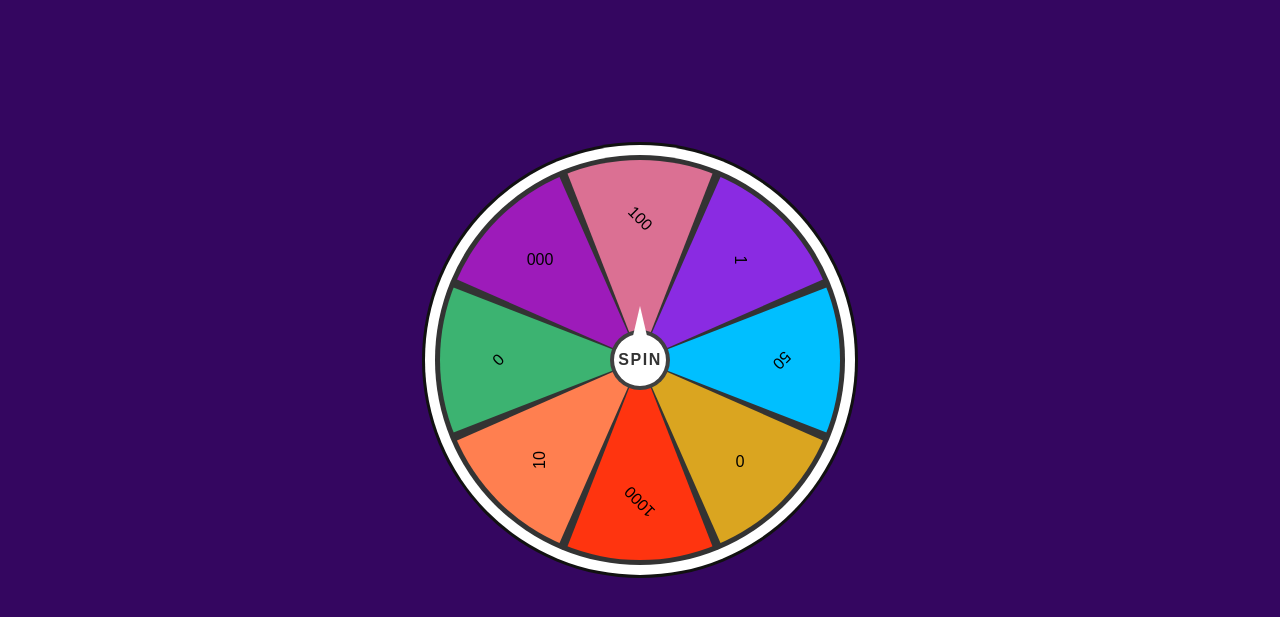
Repository: Jacques-Jaki-Morkel/FundedMarketplace_WheelofFortune
Page: index.html
An editor plug-in stored every save of this project. The page is shown before and after the next save, followed by the edit.
The browser window is 1280 px wide. The pictures show the whole page.

Above is the page before, as saved 2025-08-12 13:06:17.

After the next save:
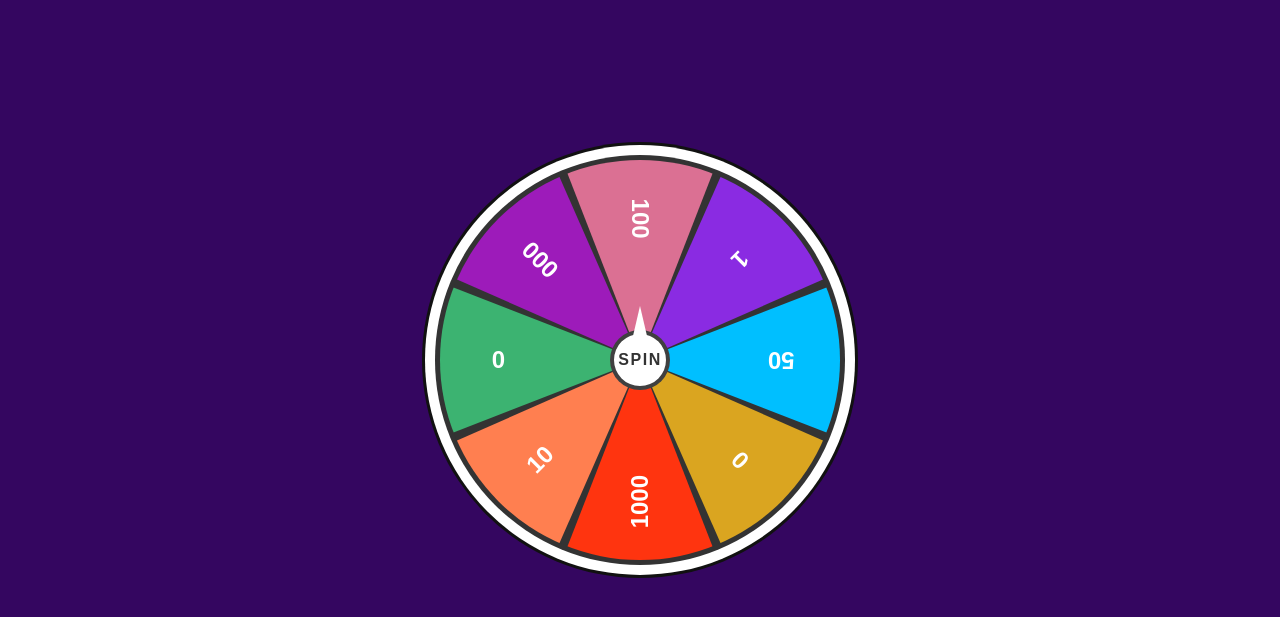
Saved 36 s later.
--- a/styles.css
+++ b/styles.css
@@ -79,3 +79,10 @@ body {
     user-select: none;
     cursor: pointer;
 }
+.container .wheel .number span {
+    position: relative;
+    transform: rotate(45deg);
+    color: #fff;
+    font-size: 1.5rem;
+    font-weight: 600;
+}
